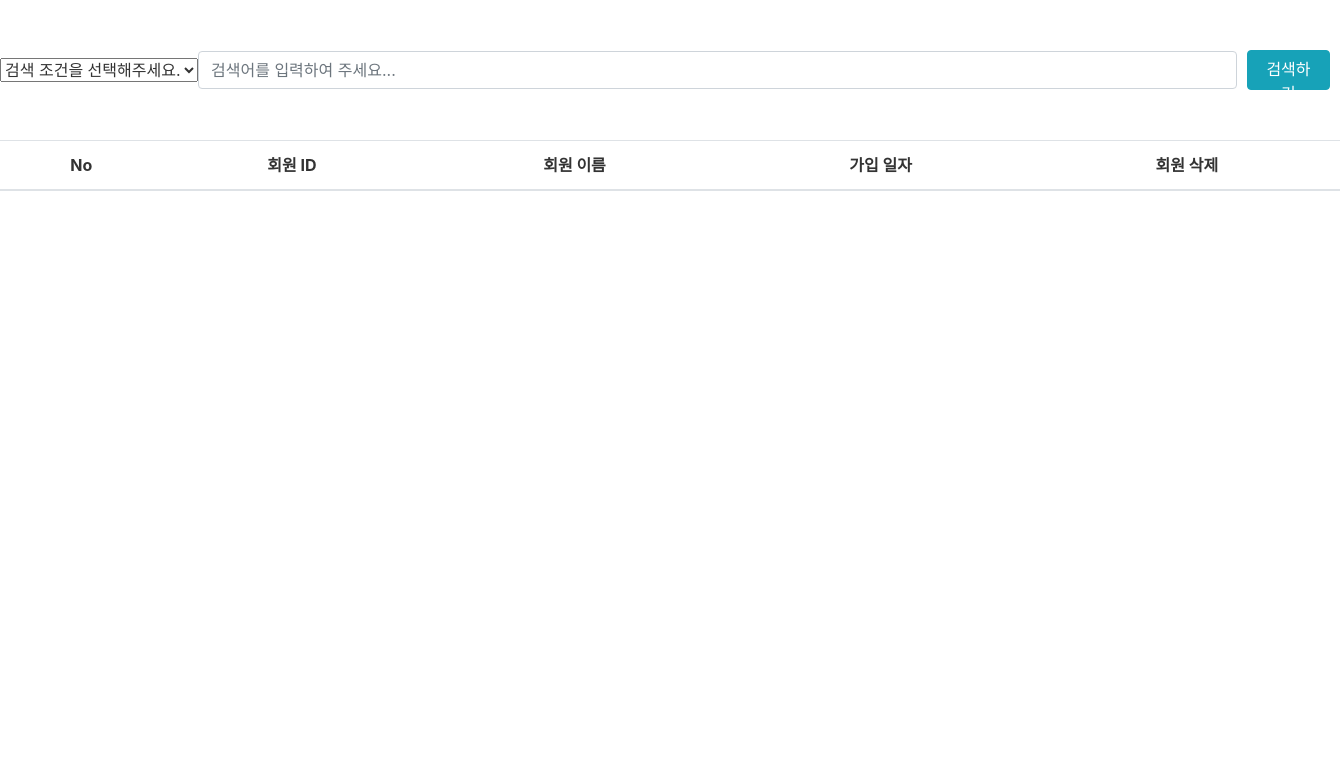
Repository: JangHyuckYun/jsp_study
Page: http://localhost/servletStudy/list.jsp
An editor plug-in stored every save of this project. The page is shown before and after the next save, followed by the edit.
The browser window is 1280 px wide. The page is 1340 px wide, so the pictures cover 1340 px, including what lies to the right of the window. The pictures show the whole page.
The page is served by Tomcat 9. The template is opened directly, without the code that normally fills it, so the values that code supplies are empty.

Above is the page before, as saved 2020-09-25 05:01:40.

After the next save:
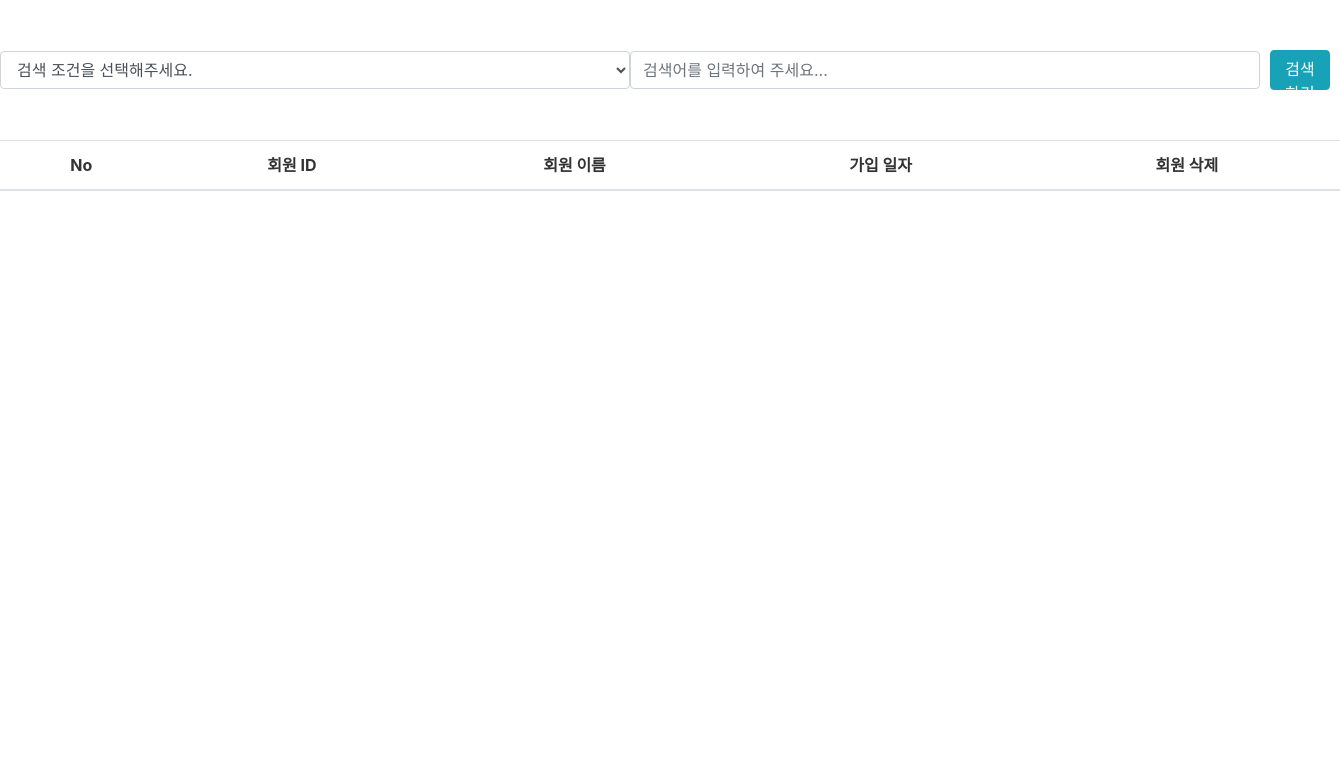
Saved 12 s later.
--- a/user_related_simple_logic/servletStudy/WebContent/list.jsp
+++ b/user_related_simple_logic/servletStudy/WebContent/list.jsp
@@ -29,7 +29,7 @@
 <body>
 	<section class="search rel">
 		<div class="cover flex center align rel">
-			<select name='choose'>
+			<select name='choose' class="form-control">
 				<option value="">검색 조건을 선택해주세요.</option>
 				<option value="no">No</option>
 				<option value="id">회원 ID</option>
